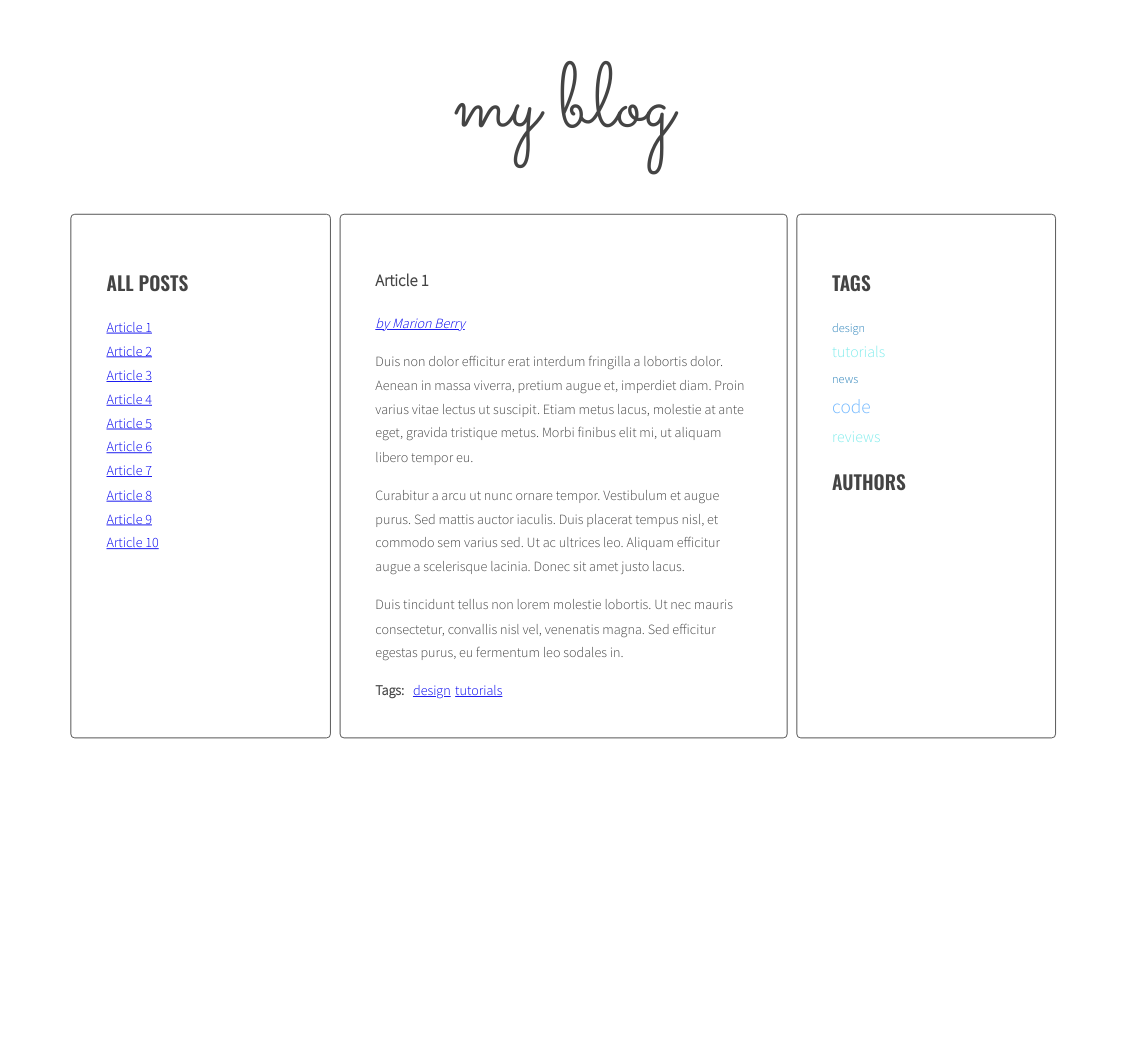
Repository: ulasup/javascript-blog
Page: index.html
These files come from the project's save history. The page is drawn as it stood at one moment and after the next save; the edit follows.
The browser window is 1280 px wide. The pictures show the whole page, at 88% of full size.
The style sheet was rebuilt from its Sass, Less or Tailwind sources for each picture, by a compiler version that may differ from the author's.

Above is the page before, as saved 2020-12-21 18:27:03.

### index.html
<!DOCTYPE html>
<html  lang="en">
    <head>
        <meta charset="UTF-8">
        <title>Film blog</title>
        <link rel="stylesheet" href="css/style.css">
    </head>
    <body>
        <div class="blog">
            <div class="container">
              <h1 class="logo">my blog</h1>
              <main class="wrapper">
                <aside class="sidebar">
                  <h2 class="section-title">All posts</h2>
                  <ul class="list titles">
                  </ul>
                </aside>
                <section class="posts">
                  <article class="post active" id="article-1" data-tags="design tutorials" data-author="Marion Berry">
                    <h3 class="post-title">Article 1</h3>
                    <p class="post-author"></p>
                    <div class="post-content">
                      <p>Duis non dolor efficitur erat interdum fringilla a lobortis dolor. Aenean in massa viverra, pretium augue et, imperdiet diam. Proin varius vitae lectus ut suscipit. Etiam metus lacus, molestie at ante eget, gravida tristique metus. Morbi finibus elit mi, ut aliquam libero tempor eu.</p>
                      <p>Curabitur a arcu ut nunc ornare tempor. Vestibulum et augue purus. Sed mattis auctor iaculis. Duis placerat tempus nisl, et commodo sem varius sed. Ut ac ultrices leo. Aliquam efficitur augue a scelerisque lacinia. Donec sit amet justo lacus.</p>
                      <p>Duis tincidunt tellus non lorem molestie lobortis. Ut nec mauris consectetur, convallis nisl vel, venenatis magna. Sed efficitur egestas purus, eu fermentum leo sodales in.</p>
                    </div>
                    <div class="post-tags">
                      <p><strong>Tags:</strong></p>
                      <ul class="list list-horizontal">
                      </ul>
                    </div>
                  </article>
                  <article class="post" id="article-2" data-tags="news code" data-author="Theo Tabby">
                    <h3 class="post-title">Article 2</h3>
                    <p class="post-author"></p>
                    <div class="post-content">
                      <p>Phasellus sollicitudin, arcu vel iaculis ullamcorper, quam leo viverra orci, et faucibus quam sapien vel est. Maecenas ac suscipit elit. Nullam interdum, lorem vitae venenatis pulvinar, ex dui malesuada nunc, tempus cursus enim metus vel nulla.</p>
                      <p>Integer hendrerit, eros id efficitur dapibus, ante arcu ullamcorper orci, a iaculis felis turpis at purus. Quisque sodales posuere sapien vel consectetur. Duis dui urna, commodo non ante nec, mattis dictum enim. Donec aliquam erat sed diam lobortis, vel gravida lacus laoreet. Phasellus pretium maximus mi, eu posuere justo suscipit vel.</p>
                      <p>Nam magna nisl, varius in malesuada vitae, facilisis vel metus. Proin rhoncus euismod leo dictum lobortis. Suspendisse non ante sapien.</p>
                    </div>
                    <div class="post-tags">
                      <p><strong>Tags:</strong></p>
                      <ul class="list list-horizontal">
                      </ul>
                    </div>
                  </article>
                  <article class="post" id="article-3" data-tags="news reviews design" data-author="George Tuxedo">
                    <h3 class="post-title">Article 3</h3>
                    <p class="post-author"></p>
                    <div class="post-content">
                      <p>Mauris vel pellentesque turpis, ac sodales nisl. Quisque iaculis mi velit, ut convallis tellus accumsan a. Quisque iaculis, nisi et dignissim tincidunt, nisl eros euismod nulla, finibus laoreet erat enim posuere elit.</p>
                      <p>Aenean at semper urna. Duis vel sapien molestie, egestas diam consequat, molestie nulla. Praesent a malesuada metus. Praesent et tempus leo.</p>
                      <p>Mauris in eleifend neque, vitae eleifend velit. Maecenas purus est, bibendum eget imperdiet id, dictum sed ante. Aenean a magna et eros sagittis aliquet.</p>
                    </div>
                    <div class="post-tags">
                      <p><strong>Tags:</strong></p>
                      <ul class="list list-horizontal">
                      </ul>
                    </div>
                  </article>
                  <article class="post" id="article-4" data-tags="tutorials code design" data-author="Kitty Toebean">
                    <h3 class="post-title">Article 4</h3>
                    <p class="post-author"></p>
                    <div class="post-content">
                      <p>Morbi vel cursus nulla, vel varius mauris. Suspendisse sed elit sit amet risus faucibus vestibulum ut sit amet purus. Donec orci est, condimentum ut quam quis, scelerisque fringilla ligula.</p>
                      <p>Quisque bibendum nisl id quam sagittis, id pretium dolor scelerisque. Suspendisse non odio nec velit dapibus placerat non a libero.</p>
                      <p>Vivamus at tristique ex, feugiat sagittis ex. Cras cursus, ipsum et efficitur commodo, urna sapien rutrum magna, quis sodales justo ligula eget nunc. In hac habitasse platea dictumst.</p>
                    </div>
                    <div class="post-tags">
                      <p><strong>Tags:</strong></p>
                      <ul class="list list-horizontal">
                      </ul>
                    </div>
                  </article>
                  <article class="post" id="article-5" data-tags="design reviews" data-author="Marion Berry">
                    <h3 class="post-title">Article 5</h3>
                    <p class="post-author"></p>
                    <div class="post-content">
                      <p>Suspendisse sem eros, euismod condimentum arcu ac, consequat fermentum orci. Nam convallis lacus nec interdum vestibulum. Vestibulum luctus, quam eu tristique ornare, lorem nibh sodales enim, vitae tempor dolor ante vitae tortor.</p>
                      <p>Duis venenatis metus quis luctus lobortis. In porttitor ipsum eget ligula aliquam ornare. Cras malesuada urna id volutpat sodales.</p>
                      <p>Donec lobortis ultricies turpis, eu viverra magna gravida quis. Fusce sit amet pretium nulla. Duis rutrum metus vel libero sodales, pellentesque varius ex pulvinar.</p>
                    </div>
                    <div class="post-tags">
                      <p><strong>Tags:</strong></p>
                      <ul class="list list-horizontal">
                      </ul>
                    </div>
                  </article>
                  <article class="post" id="article-6" data-tags="reviews code" data-author="George Tuxedo">
                    <h3 class="post-title">Article 6</h3>
                    <p class="post-author"></p>
                    <div class="post-content">
                      <p>Donec posuere iaculis ante sed hendrerit. Lorem ipsum dolor sit amet, consectetur adipiscing elit. Quisque hendrerit neque nec urna tincidunt, quis vehicula dui vulputate. Morbi est sapien, auctor ut lectus eu, placerat viverra lorem.</p>
                      <p>Cras consectetur at erat id accumsan. Suspendisse lacinia in nulla quis vulputate. Nunc vitae consectetur augue. Nam ut vehicula mi. Aliquam tristique, purus in hendrerit porta, elit lectus finibus mi, vel malesuada nisl lectus a libero.</p>
                      <p>Nam quis efficitur ante. Sed eget purus quis ex commodo porta eu sit amet dolor. Mauris tellus nisl, dictum nec est vitae, condimentum ornare ante. Fusce ornare hendrerit maximus. In maximus rhoncus justo.</p>
                    </div>
                    <div class="post-tags">
                      <p><strong>Tags:</strong></p>
                      <ul class="list list-horizontal">
                      </ul>
                    </div>
                  </article>
                  <article class="post" id="article-7" data-tags="code news" data-author="Kitty Toebean">
                    <h3 class="post-title">Article 7</h3>
                    <p class="post-author"></p>
                    <div class="post-content">
                      <p>Donec eleifend mauris ac nisl fermentum, ac fermentum turpis dignissim. Aliquam diam nisl, imperdiet a varius eget, lobortis sed nisi. Nullam suscipit ipsum sed magna blandit, sed pellentesque urna malesuada.</p>
                      <p>Duis vestibulum arcu et lectus viverra porta. Praesent tempor lacus eget quam mattis, sit amet venenatis diam ultrices. Morbi gravida sapien quis ligula tincidunt, vel sagittis erat ultrices.</p>
                      <p>Ut orci tellus, laoreet ac diam ut, tempus bibendum nisi. Nam egestas sagittis nibh. Curabitur tristique dui quis egestas pretium. Duis eu felis orci.</p>
                    </div>
                    <div class="post-tags">
                      <p><strong>Tags:</strong></p>
                      <ul class="list list-horizontal">
                      </ul>
                    </div>
                  </article>
                  <article class="post" id="article-8" data-tags="news design tutorials" data-author="Theo Tabby">
                    <h3 class="post-title">Article 8</h3>
                    <p class="post-author"></p>
                    <div class="post-content">
                      <p>Praesent quis imperdiet erat. Curabitur tempor sapien a interdum malesuada. Proin libero erat, sagittis a sollicitudin eget, pulvinar nec risus. Cras et suscipit sem.</p>
                      <p>Maecenas consequat diam nec sollicitudin congue. Aenean porttitor porttitor quam, condimentum interdum metus congue sed. Donec at nulla ipsum.</p>
                      <p>Mauris non congue dui. Aenean ac eros vitae massa vulputate aliquet ut ac elit. Morbi iaculis auctor nunc aliquet luctus. Nunc tincidunt sem dui, quis interdum leo pellentesque eget. Fusce id leo varius, imperdiet nunc vitae, tristique mi. Mauris quis interdum justo. Mauris auctor purus eu leo faucibus feugiat. Nulla at odio vitae leo semper blandit.</p>
                    </div>
                    <div class="post-tags">
                      <p><strong>Tags:</strong></p>
                      <ul class="list list-horizontal">
                      </ul>
                    </div>
                  </article>
                  <article class="post" id="article-9" data-tags="news tutorials" data-author="Marion Berry">
                    <h3 class="post-title">Article 9</h3>
                    <p class="post-author"></p>
                    <div class="post-content">
                      <p>Tam et facilisis purus. Donec vulputate est quis lobortis posuere. Nunc vitae lorem ut odio faucibus pulvinar nec in justo. Ut ut ante ac tellus ornare tempus. Nunc maximus, tortor et dictum convallis, nunc libero posuere leo, scelerisque ultrices arcu sapien ut tellus.</p>
                      <p>Fusce lacinia augue massa, non tincidunt tortor auctor quis. Vestibulum ut pretium nisl. Etiam id tellus tempus, commodo ligula vehicula, porta magna.</p>
                      <p>Donec fringilla blandit dolor vel aliquet. Fusce tortor sapien, lobortis eu vehicula sit amet, dignissim et lectus. In ullamcorper metus vel massa fermentum, at fermentum dui sollicitudin. Nullam lacinia elit vel tortor ullamcorper pulvinar.</p>
                    </div>
                    <div class="post-tags">
                      <p><strong>Tags:</strong></p>
                      <ul class="list list-horizontal">
                      </ul>
                    </div>
                  </article>
                  <article class="post" id="article-10" data-tags="code design news reviews" data-author="George Tuxedo">
                    <h3 class="post-title">Article 10</h3>
                    <p class="post-author"></p>
                    <div class="post-content">
                      <p>Aliquam erat volutpat. Ut non eleifend lectus. Donec suscipit tellus tempor, ornare dui id, hendrerit neque. Phasellus lacinia laoreet dui in luctus. Sed hendrerit, magna sit amet varius tempor, augue augue scelerisque est, non scelerisque mauris libero eu sapien.</p>
                      <p>Sed at sapien in quam sollicitudin aliquam. In interdum metus a mi porttitor luctus. Sed commodo, arcu id lacinia posuere, felis elit pharetra urna, at feugiat est orci sit amet libero. Quisque in nisl est. Nullam vehicula at lectus non luctus. Cras aliquam neque magna, at varius nisi egestas ut.</p>
                      <p>Rhoncus purus nulla, non auctor lacus placerat ut. Aliquam condimentum eget magna ac gravida. Etiam egestas faucibus urna et finibus. Cras vel tellus vel magna suscipit euismod. Maecenas id arcu ante. Duis iaculis scelerisque erat, at ullamcorper arcu consectetur eu. Fusce aliquam diam at arcu pharetra, vel fermentum nunc lobortis.</p>
                    </div>
                    <div class="post-tags">
                      <p><strong>Tags:</strong></p>
                      <ul class="list list-horizontal">
                      </ul>
                    </div>
                  </article>
                </section>
                <aside class="sidebar">
                  <h2 class="section-title">Tags</h2>
                  <ul class="list tags">
                  </ul>
                  <h2 class="section-title">Authors</h2>
                  <ul class="list authors">
                  </ul>
                </aside>
              </main>
            </div>
          </div>
    <script src="js/script.js"></script>
    </body>
</html>

### sass/style.scss
@import url('https://fonts.googleapis.com/css?family=Oswald:400,600|Sacramento|Source+Sans+Pro:300&subset=latin-ext');

/* Variables */

$color-light: #fff;
$color-dark: #444;

$font-logo: 'Sacramento', cursive;
$font-header: 'Oswald', sans-serif;
$font-text: 'Source Sans Pro', sans-serif;

/* Global */

*, *::before, *::after {
  box-sizing: border-box;
}

body {
  background: $color-light;
  font-family: $font-text;
  color: $color-dark;
  font-weight: 300;
  font-size: 16px;
  line-height: 1.7;
}

.container {
  max-width: 1140px;
  margin: 0 auto;
}

.section-title {
  font-size: 22px;
  text-transform: uppercase;
  font-family: $font-header;
  font-weight: 600;

  span {
    text-transform: none;
    font-weight: 400;
    color: lighten($color-dark, 20%);
  }
}

/* Layout */

.wrapper {
  display: flex;
  margin-left: 10px;
}

.sidebar {
  flex: 1 0 0;
}

.posts {
  flex: 2 0 0;
}

.sidebar, .posts {
  background: $color-light;
  margin-right: 10px;
  padding: 40px;
  border: 1px solid $color-dark;
  border-radius: 5px;
}

/* Logo */

.logo {
  font-family: $font-logo;
  font-weight: 400;
  font-size: 104px;
  line-height: 1;
  text-align: center;
}

/* Lists */

.list {
  list-style-type: none;
  margin: 0;
  padding: 0;

  .active {
    font-weight: bold;
  }
}

.list-horizontal {
  li {
    display: inline-block;
    margin-right: 5px;
  }
}

/* Authors */

.authors {
  li {
    margin-bottom: 12px;
  }
}

/* Post */

.post {
  z-index: -1;
  position: absolute;
  opacity: 0;

  &.active {
    z-index: 2;
    position: relative;
    opacity: 1;
    transition: opacity 1s;
  }
}

.post-author {
  font-style: italic;
}

.post-tags {
  display: flex;

  p {
    margin: 0 10px 0 0;
  }
}

a[class^="tag-size-"] {
  text-decoration: none;
  display: inline;
}

.tag-size-1 {
  color: #81ecec;
  font-size: 18px;
}

.tag-size-2 {
  color: #55efc4;
  font-size: 14px;
}

.tag-size-3 {
  color: #74b9ff;
  font-size: 22px;
}

.tag-size-4 {
  color: #0984e3;
  font-size: 14px;
}

.tag-size-5 {
  color: #2980b9;
  font-size: 14px;
}

Loaded but not shown: js/script.js (181 lines, source omitted)

After the next save:
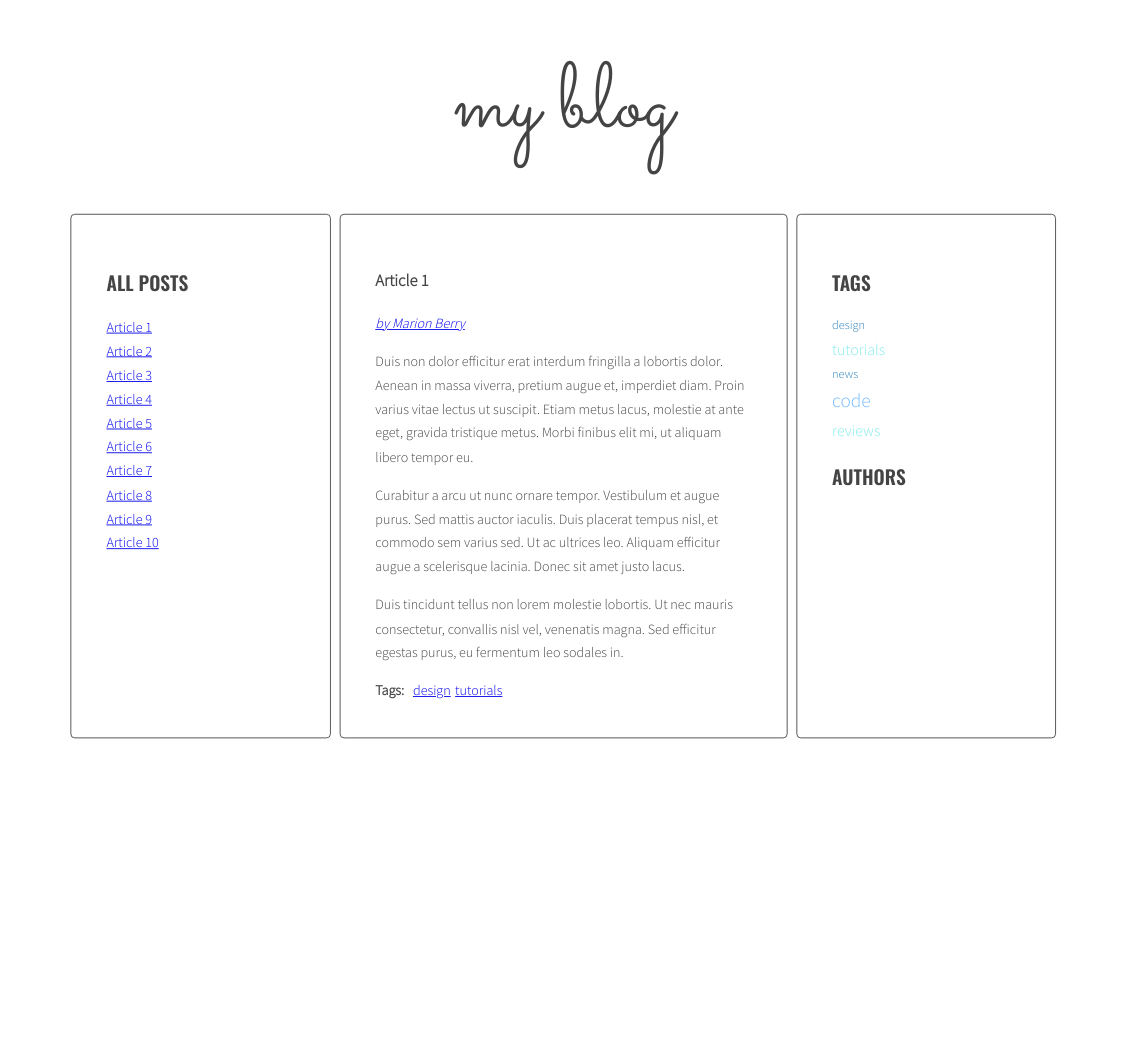
Saved 11 s later.
--- a/sass/style.scss
+++ b/sass/style.scss
@@ -131,7 +131,7 @@
 
 a[class^="tag-size-"] {
   text-decoration: none;
-  display: inline;
+  display: block;
 }
 
 .tag-size-1 {

After the save that followed:
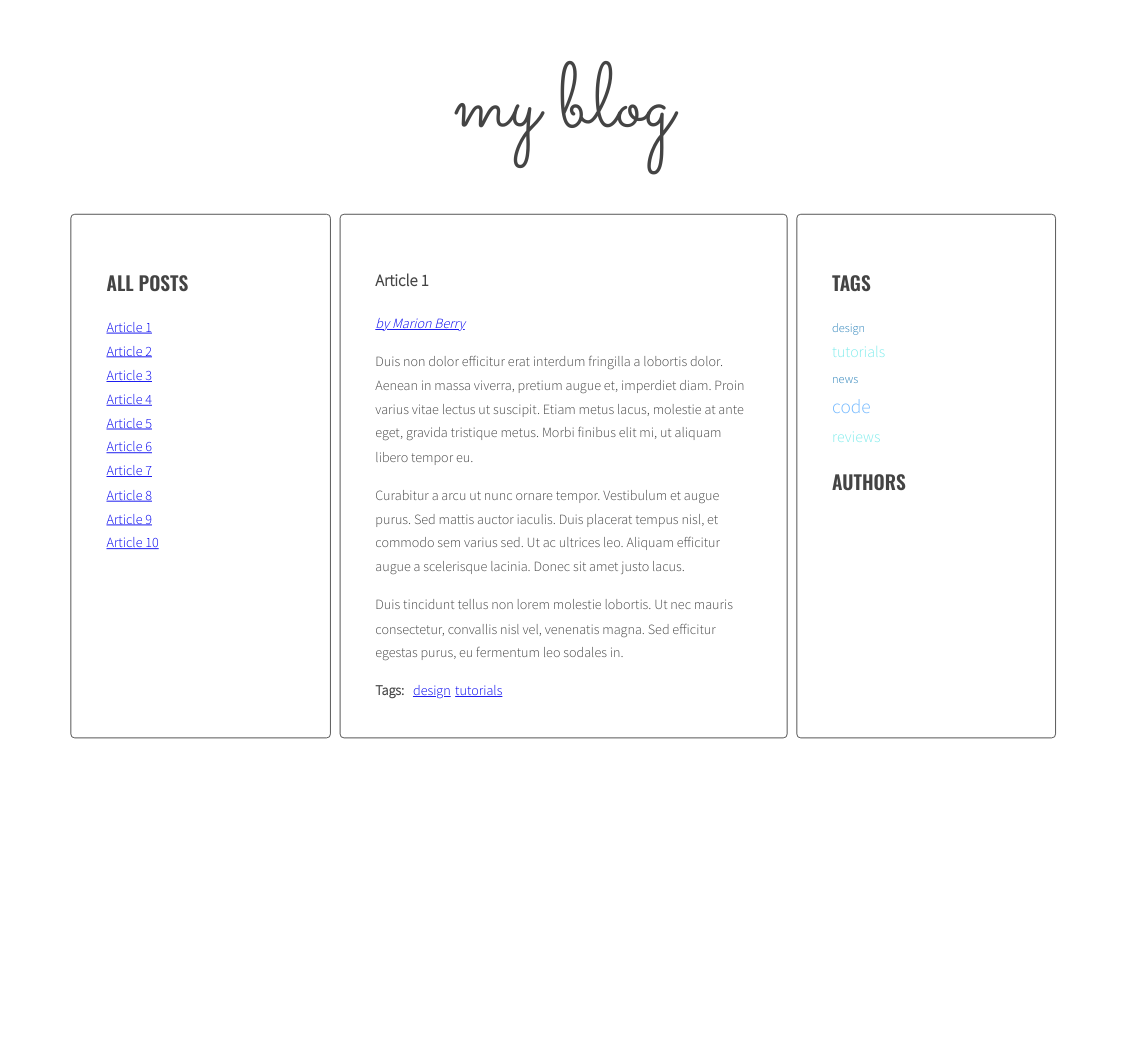
Saved 13 s later.
--- a/sass/style.scss
+++ b/sass/style.scss
@@ -131,7 +131,7 @@
 
 a[class^="tag-size-"] {
   text-decoration: none;
-  display: block;
+  display: inline-block;
 }
 
 .tag-size-1 {
